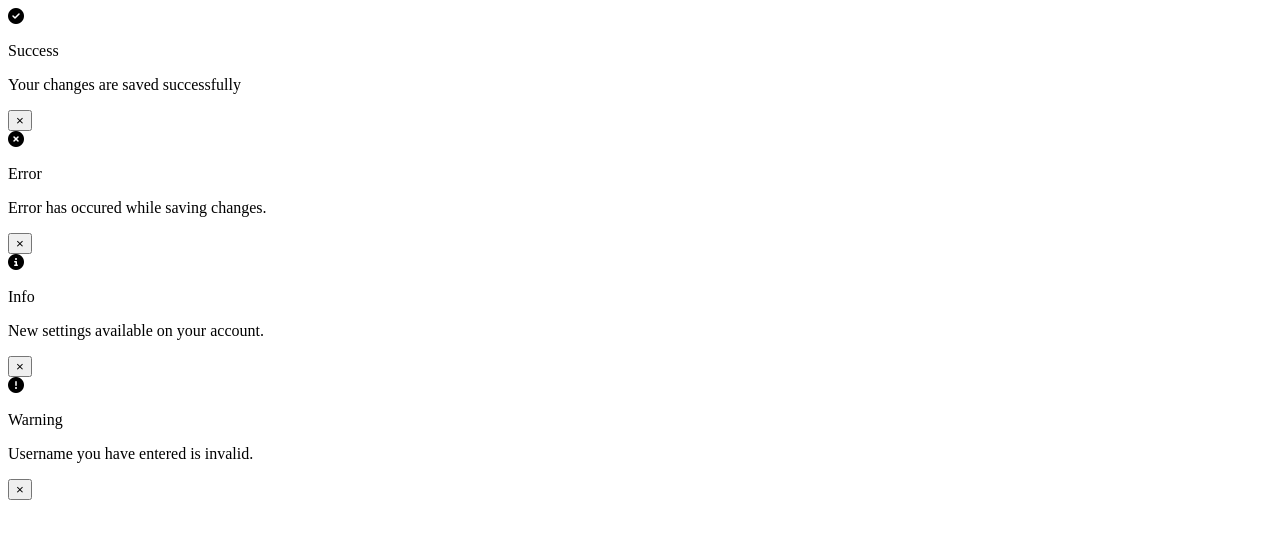
Repository: thuynguyen0964/Toast-Cooler
Page: index.html
These files come from the project's save history. The page is drawn as it stood at one moment and after the next save; the edit follows.
The browser window is 1280 px wide. The pictures show the whole page.

Above is the page before, as saved 2023-01-26 20:11:52.

### index.html
<!DOCTYPE html>
<html lang="en">
<head>
    <meta charset="UTF-8">
    <meta http-equiv="X-UA-Compatible" content="IE=edge">
    <meta name="viewport" content="width=device-width, initial-scale=1.0">
    <title>Toast Mess Cooler</title>
    <link href="https://fonts.googleapis.com/css2?family=Montserrat:wght@300;400;700&display=swap" rel="stylesheet">
    <link rel="stylesheet" href="https://cdnjs.cloudflare.com/ajax/libs/font-awesome/6.2.1/css/all.min.css">
    <link rel="stylesheet" href="./app/style.css">
</head>
<body>
    <div class="wrapper">
        <div class="toast success">
            <div class="container-1">
                <i class="fas fa-check-circle"></i>
            </div>
            <div class="container-2">
                <p>Success</p>
                <p>Your changes are saved successfully</p>
            </div>
            <button>&times;</button>
        </div>
        <div class="toast error">
            <div class="container-1">
                <i class="fas fa-times-circle"></i>
            </div>
            <div class="container-2">
                <p>Error</p>
                <p>Error has occured while saving changes.</p>
            </div>
            <button>&times;</button>
        </div>
        <div class="toast info">
            <div class="container-1">
                <i class="fas fa-info-circle"></i>
            </div>
            <div class="container-2">
                <p>Info</p>
                <p>New settings available on your account.</p>
            </div>
            <button>&times;</button>
        </div>
        <div class="toast warning">
            <div class="container-1">
                <i class="fas fa-exclamation-circle"></i>
            </div>
            <div class="container-2">
                <p>Warning</p>
                <p>Username you have entered is invalid.</p>
            </div>
            <button>&times;</button>
        </div>
    </div>
</body>
</html>

### app/style.css
body{
    font-family: "Monter";
}

After the next save:
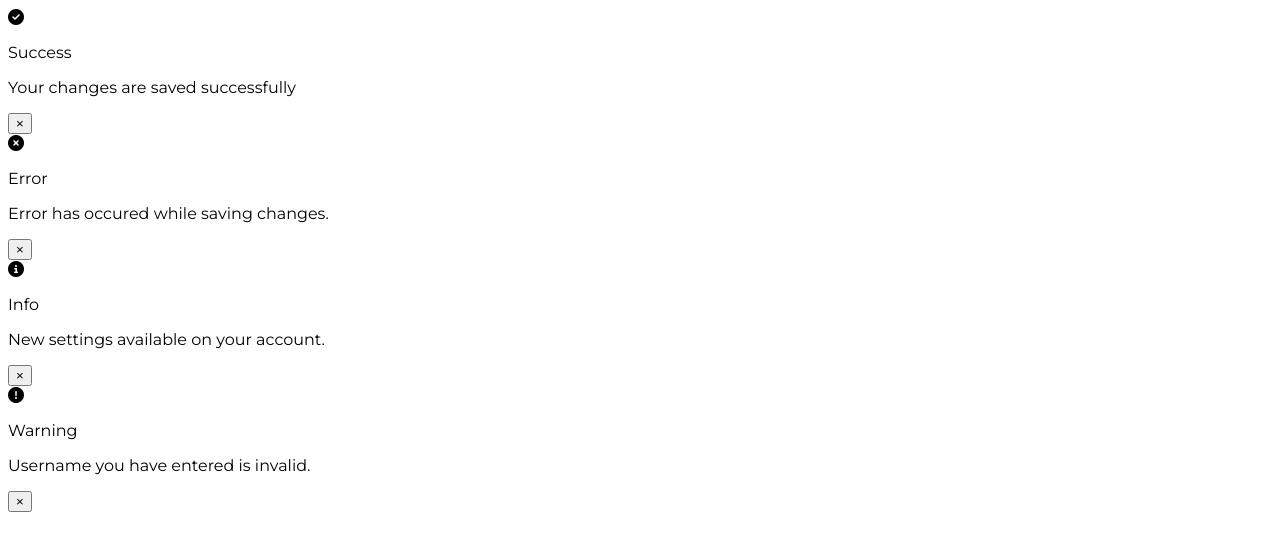
Saved 11 s later.
--- a/app/style.css
+++ b/app/style.css
@@ -1,3 +1,3 @@
 body{
-    font-family: "Monter";
+    font-family: "Montserrat", sans-serif;
 }
